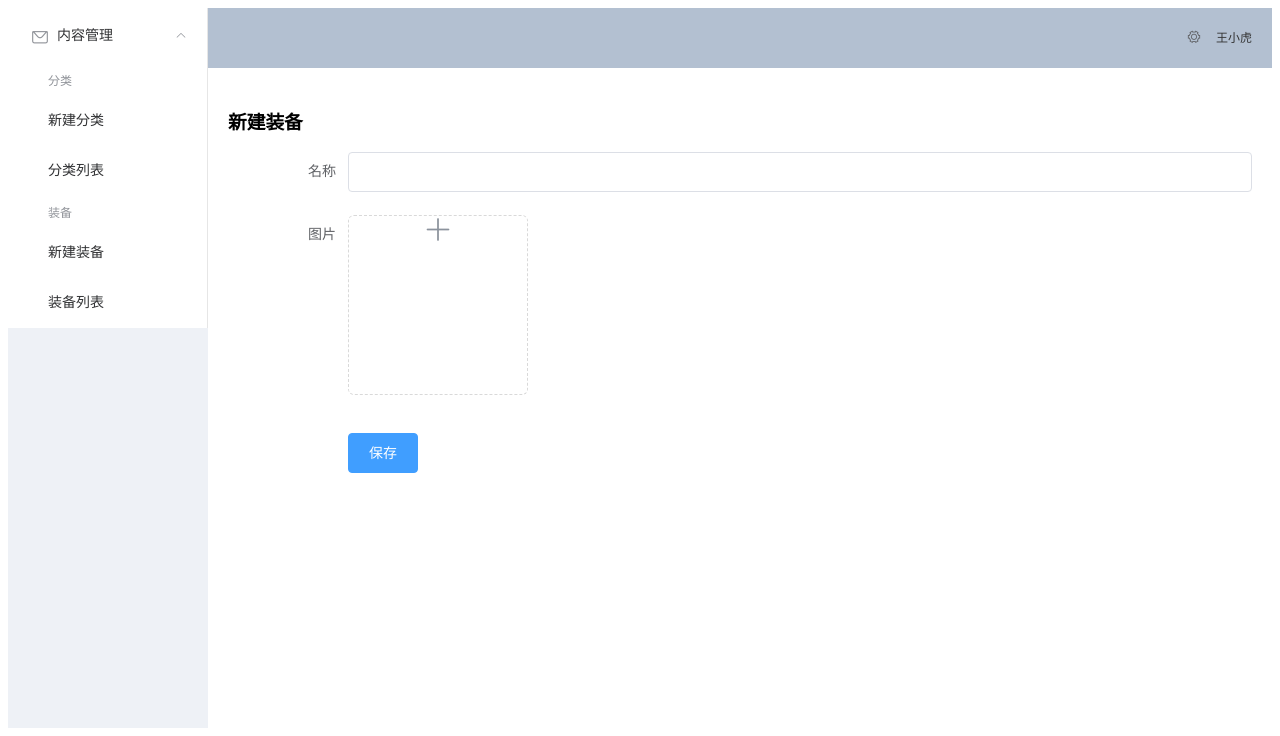
Repository: fish-zmy/wangzherongyao
Page: /#/items/create (app in admin/)
An editor plug-in stored every save of this project. The page is shown before and after the next save, followed by the edit.
The browser window is 1280 px wide. The pictures show the whole page.
The project was rebuilt for these pictures with package versions that can differ from the ones it lists, and the page was loaded fresh each time. Also part of the build but not shown: admin/vue.config.js, admin/src/views/CategoryEdit.vue, admin/src/views/CategoryList.vue, admin/src/views/ItemList.vue.

Above is the page before, as saved 2020-06-17 22:15:46.

After the next save:
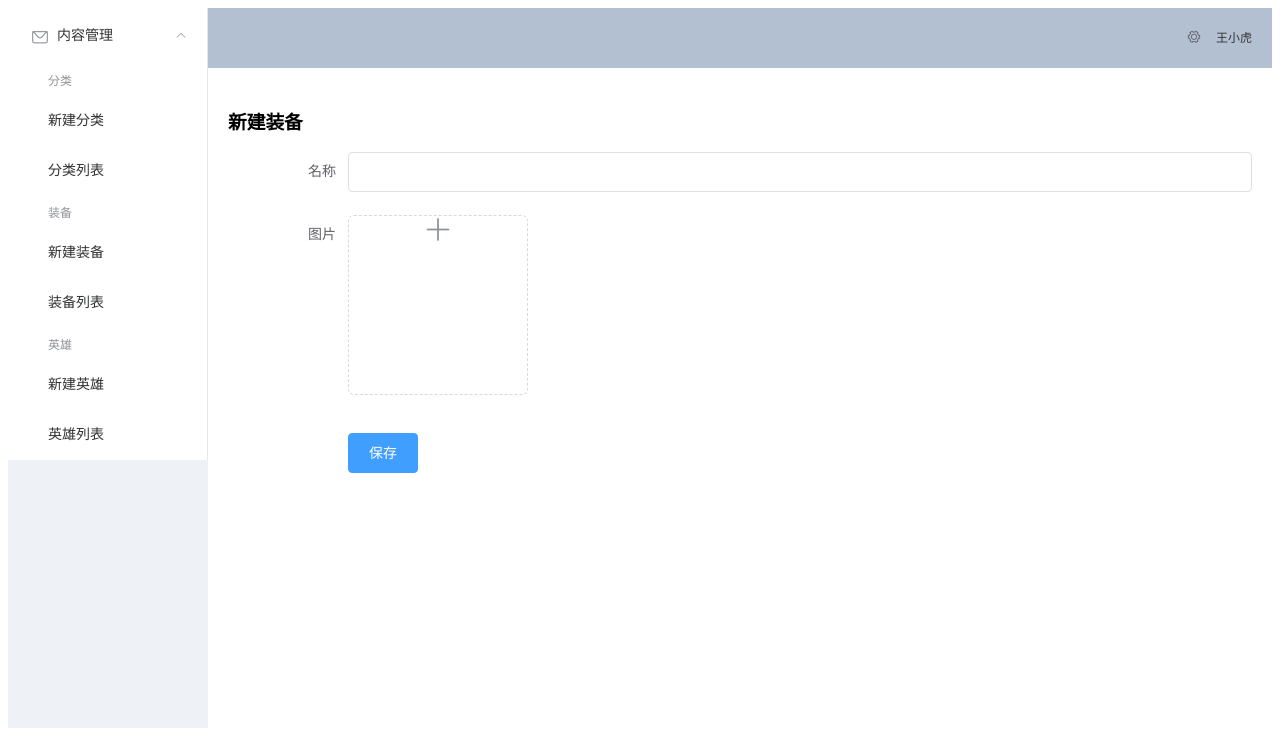
Saved 69 s later.
--- a/admin/src/views/Main.vue
+++ b/admin/src/views/Main.vue
@@ -15,6 +15,11 @@
             <template slot="title">装备</template>
             <el-menu-item index="/items/create">新建装备</el-menu-item>
             <el-menu-item index="/items/list">装备列表</el-menu-item>
+          </el-menu-item-group>
+          <el-menu-item-group>
+            <template slot="title">英雄</template>
+            <el-menu-item index="/heros/create">新建英雄</el-menu-item>
+            <el-menu-item index="/heros/list">英雄列表</el-menu-item>
           </el-menu-item-group>
         </el-submenu>
       </el-menu>
